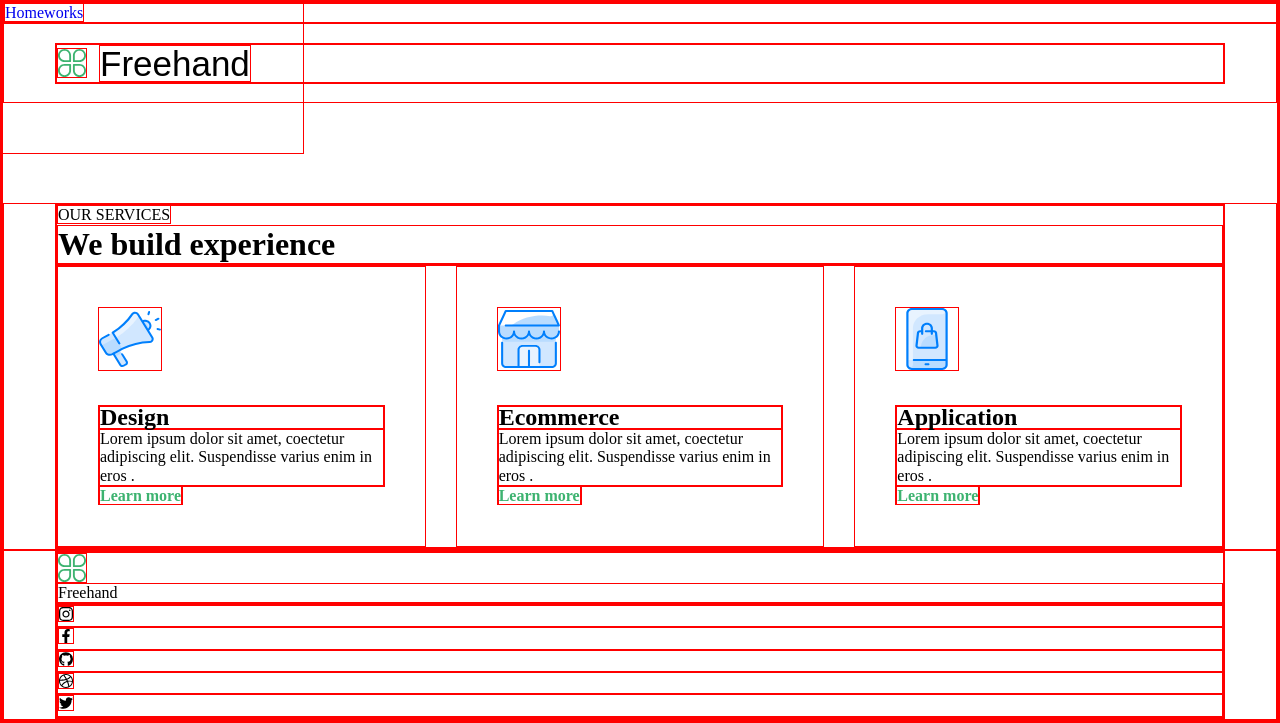
Repository: Tsiniavska/beetroot-test-project
Page: Homeworks/svg/index.html
The author's editor kept a copy of each file at every save. The page is drawn from the files as they stood at one save, then again after the next save.
The browser window is 1280 px wide. The pictures show the whole page.
Some web fonts or font styles are not loaded; a fallback is used.

Above is the page before, as saved 2024-02-28 22:28:14.

### Homeworks/svg/index.html
<!DOCTYPE html>
<html lang="en">
  <head>
    <meta charset="UTF-8" />
    <meta name="viewport" content="width=device-width, initial-scale=1.0" />
    <title>SVG</title>
    <!-- Fonts -->

    <link rel="preconnect" href="https://fonts.googleapis.com" />
    <link rel="preconnect" href="https://fonts.gstatic.com" crossorigin />
    <link
      href="https://fonts.googleapis.com/css2?family=Nunito+Sans:ital,opsz,wght@0,6..12,200..1000;1,6..12,200..1000&family=Roboto&display=swap"
      rel="stylesheet"
    />
    <link rel="preconnect" href="https://fonts.googleapis.com" />
    <link rel="preconnect" href="https://fonts.gstatic.com" crossorigin />
    <link
      href="https://fonts.googleapis.com/css2?family=Quicksand:wght@500&display=swap"
      rel="stylesheet"
    />

    <!-- Styles -->
    <link rel="stylesheet" href="../../styles/normalize.css" />
    <link rel="stylesheet" href="../../styles/main.css" />
    <link rel="stylesheet" href="./index.css" />
    <link rel="stylesheet" href="./variables.css" />
  </head>
  <body>
    <!-- Icons -->
    <svg
      aria-hidden="true"
      style="position: absolute; overflow: hidden"
      xmlns="http://www.w3.org/2000/svg"
      xmlns:xlink="http://www.w3.org/1999/xlink"
    >
      <defs>
        <symbol id="icon-logo" viewBox="0 0 32 32">
          <path
            d="M7.467 0c-4.124 0-7.467 3.343-7.467 7.467s3.343 7.467 7.467 7.467v0h6.4c0.589 0 1.067-0.478 1.067-1.067v0-6.4c0-4.124-3.343-7.467-7.467-7.467v0zM2.133 7.467c0-2.946 2.388-5.333 5.333-5.333s5.333 2.388 5.333 5.333v0 5.333h-5.333c-2.946 0-5.333-2.388-5.333-5.333v0zM7.467 32c-4.124 0-7.467-3.343-7.467-7.467s3.343-7.467 7.467-7.467v0h6.4c0.589 0 1.067 0.478 1.067 1.067v0 6.4c0 4.124-3.343 7.467-7.467 7.467v0zM2.133 24.533c0 2.945 2.388 5.333 5.333 5.333s5.333-2.388 5.333-5.333v0-5.333h-5.333c-2.946 0-5.333 2.388-5.333 5.333v0zM32 7.467c0-4.124-3.343-7.467-7.467-7.467s-7.467 3.343-7.467 7.467v0 6.4c0 0.589 0.478 1.067 1.067 1.067v0h6.4c4.124 0 7.467-3.343 7.467-7.467v0zM24.533 2.133c2.945 0 5.333 2.388 5.333 5.333s-2.388 5.333-5.333 5.333v0h-5.333v-5.333c0-2.946 2.388-5.333 5.333-5.333v0zM24.533 32c4.124 0 7.467-3.343 7.467-7.467s-3.343-7.467-7.467-7.467v0h-6.4c-0.589 0-1.067 0.478-1.067 1.067v0 6.4c0 4.124 3.343 7.467 7.467 7.467v0zM29.867 24.533c0 2.945-2.388 5.333-5.333 5.333s-5.333-2.388-5.333-5.333v0-5.333h5.333c2.945 0 5.333 2.388 5.333 5.333v0z"
          ></path>
        </symbol>
        <symbol id="icon-twitter" viewBox="0 0 32 32">
          <path
            d="M28.711 9.482c0.020 0.284 0.020 0.569 0.020 0.853 0 8.67-6.599 18.66-18.66 18.66-3.716 0-7.168-1.076-10.071-2.944 0.528 0.061 1.036 0.081 1.584 0.081 3.066 0 5.888-1.036 8.142-2.802-2.883-0.061-5.3-1.949-6.132-4.548 0.406 0.061 0.812 0.102 1.239 0.102 0.589 0 1.178-0.081 1.726-0.223-3.005-0.609-5.259-3.249-5.259-6.437v-0.081c0.873 0.487 1.888 0.792 2.964 0.832-1.766-1.178-2.924-3.188-2.924-5.462 0-1.218 0.325-2.335 0.893-3.31 3.228 3.98 8.081 6.579 13.523 6.863-0.101-0.487-0.162-0.995-0.162-1.502 0-3.614 2.924-6.558 6.558-6.558 1.888 0 3.594 0.792 4.792 2.071 1.482-0.284 2.904-0.833 4.163-1.584-0.487 1.523-1.523 2.802-2.883 3.614 1.32-0.142 2.599-0.508 3.777-1.015-0.893 1.299-2.010 2.457-3.289 3.391z"
          ></path>
        </symbol>
        <symbol id="icon-facebook" viewBox="0 0 32 32">
          <path
            d="M23.446 18l0.889-5.791h-5.557v-3.758c0-1.584 0.776-3.129 3.265-3.129h2.526v-4.931c0 0-2.293-0.391-4.484-0.391-4.576 0-7.567 2.774-7.567 7.795v4.414h-5.087v5.791h5.087v14h6.261v-14h4.668z"
          ></path>
        </symbol>
        <symbol id="icon-instagram" viewBox="0 0 32 32">
          <path
            d="M16.004 7.797c-4.54 0-8.203 3.662-8.203 8.203s3.662 8.203 8.203 8.203 8.203-3.662 8.203-8.203c0-4.54-3.662-8.203-8.203-8.203zM16.004 21.333c-2.934 0-5.333-2.392-5.333-5.333s2.392-5.333 5.333-5.333 5.333 2.392 5.333 5.333c0 2.941-2.399 5.333-5.333 5.333zM26.455 7.462c0 1.064-0.857 1.913-1.913 1.913-1.064 0-1.913-0.857-1.913-1.913s0.857-1.913 1.913-1.913c1.057 0 1.913 0.857 1.913 1.913zM31.887 9.404c-0.121-2.563-0.707-4.833-2.584-6.703-1.87-1.87-4.14-2.456-6.703-2.584-2.641-0.15-10.558-0.15-13.2 0-2.556 0.121-4.826 0.707-6.703 2.577s-2.456 4.141-2.584 6.703c-0.15 2.641-0.15 10.558 0 13.2 0.121 2.563 0.707 4.833 2.584 6.703s4.141 2.456 6.703 2.584c2.641 0.15 10.558 0.15 13.2 0 2.563-0.121 4.833-0.707 6.703-2.584 1.87-1.87 2.456-4.141 2.584-6.703 0.15-2.641 0.15-10.551 0-13.193zM28.475 25.431c-0.557 1.399-1.635 2.477-3.041 3.041-2.106 0.835-7.103 0.642-9.43 0.642s-7.332 0.186-9.43-0.642c-1.399-0.557-2.477-1.635-3.041-3.041-0.835-2.106-0.643-7.103-0.643-9.431s-0.186-7.332 0.643-9.43c0.557-1.399 1.635-2.477 3.041-3.041 2.106-0.835 7.103-0.643 9.43-0.643s7.332-0.186 9.43 0.643c1.399 0.557 2.477 1.635 3.041 3.041 0.835 2.106 0.643 7.103 0.643 9.43s0.193 7.332-0.643 9.431z"
          ></path>
        </symbol>
        <symbol id="icon-github" viewBox="0 0 32 32">
          <path
            d="M10.703 25.522c0 0.129-0.148 0.232-0.335 0.232-0.213 0.019-0.361-0.084-0.361-0.232 0-0.129 0.148-0.232 0.335-0.232 0.194-0.019 0.361 0.084 0.361 0.232zM8.697 25.232c-0.045 0.129 0.084 0.277 0.277 0.316 0.168 0.065 0.361 0 0.4-0.129s-0.084-0.277-0.277-0.336c-0.168-0.045-0.355 0.019-0.4 0.148zM11.548 25.122c-0.187 0.045-0.316 0.168-0.297 0.316 0.019 0.129 0.187 0.213 0.381 0.168 0.187-0.045 0.316-0.168 0.297-0.297-0.019-0.123-0.194-0.206-0.381-0.187zM15.794 0.4c-8.948 0-15.794 6.794-15.794 15.742 0 7.155 4.503 13.277 10.935 15.432 0.826 0.148 1.116-0.361 1.116-0.781 0-0.4-0.019-2.607-0.019-3.961 0 0-4.516 0.968-5.465-1.923 0 0-0.736-1.877-1.794-2.361 0 0-1.477-1.013 0.103-0.993 0 0 1.606 0.129 2.49 1.664 1.413 2.49 3.781 1.774 4.703 1.348 0.148-1.032 0.568-1.748 1.032-2.174-3.606-0.4-7.245-0.923-7.245-7.129 0-1.774 0.49-2.665 1.523-3.8-0.168-0.419-0.716-2.148 0.168-4.381 1.348-0.419 4.452 1.742 4.452 1.742 1.29-0.361 2.677-0.548 4.052-0.548s2.761 0.187 4.052 0.548c0 0 3.103-2.168 4.452-1.742 0.884 2.239 0.336 3.961 0.168 4.381 1.032 1.142 1.664 2.032 1.664 3.8 0 6.226-3.8 6.723-7.406 7.129 0.594 0.51 1.097 1.477 1.097 2.993 0 2.174-0.019 4.865-0.019 5.394 0 0.419 0.297 0.929 1.116 0.781 6.452-2.142 10.826-8.264 10.826-15.419 0-8.948-7.258-15.742-16.206-15.742zM6.271 22.651c-0.084 0.064-0.064 0.213 0.045 0.335 0.103 0.103 0.252 0.148 0.335 0.065 0.084-0.065 0.064-0.213-0.045-0.336-0.103-0.103-0.252-0.148-0.335-0.064zM5.574 22.129c-0.045 0.084 0.019 0.187 0.148 0.252 0.103 0.064 0.232 0.045 0.277-0.045 0.045-0.084-0.019-0.187-0.148-0.252-0.129-0.039-0.232-0.019-0.277 0.045zM7.665 24.425c-0.103 0.084-0.064 0.277 0.084 0.4 0.148 0.148 0.336 0.168 0.419 0.065 0.084-0.084 0.045-0.277-0.084-0.4-0.142-0.148-0.335-0.168-0.419-0.065zM6.929 23.477c-0.103 0.064-0.103 0.232 0 0.381s0.277 0.213 0.361 0.148c0.103-0.084 0.103-0.252 0-0.4-0.090-0.148-0.258-0.213-0.361-0.129z"
          ></path>
        </symbol>
        <symbol id="icon-dribbble" viewBox="0 0 32 32">
          <path
            d="M16 0c-8.822 0-16 7.178-16 16s7.178 16 16 16c8.822 0 16-7.178 16-16s-7.178-16-16-16zM26.579 7.378c1.903 2.326 3.056 5.288 3.086 8.513-0.451-0.095-4.969-1.012-9.516-0.44-0.371-0.906-0.721-1.703-1.201-2.685 5.053-2.063 7.343-4.999 7.631-5.389zM25.059 5.798c-0.246 0.35-2.303 3.115-7.163 4.937-2.239-4.115-4.722-7.495-5.099-8.001 4.334-1.045 8.901 0.082 12.262 3.064zM10.19 3.653c0.36 0.494 2.802 3.878 5.067 7.904-6.393 1.698-12.023 1.673-12.634 1.665 0.886-4.241 3.744-7.765 7.568-9.569zM2.334 16.021c0-0.14 0.003-0.279 0.007-0.418 0.598 0.012 7.221 0.098 14.046-1.945 0.391 0.766 0.765 1.543 1.108 2.319-4.942 1.392-9.432 5.389-11.647 9.181-2.183-2.423-3.513-5.628-3.513-9.138zM7.611 26.802c1.428-2.918 5.302-6.685 10.811-8.565 1.919 4.986 2.712 9.165 2.915 10.364-4.394 1.872-9.678 1.358-13.727-1.799zM23.636 27.35c-0.14-0.831-0.867-4.832-2.655-9.744 4.283-0.685 8.045 0.437 8.513 0.584-0.609 3.803-2.792 7.087-5.858 9.16z"
          ></path>
        </symbol>
        <symbol id="icon-phone" viewBox="0 0 32 32">
          <path
            class="icon-change-color"
            fill="#d1e7ff"
            style="fill: var(--color1, #d1e7ff)"
            d="M23.839 0.533c1.259 0 2.28 0.955 2.28 2.133v26.667c0 1.178-1.021 2.133-2.28 2.133h-15.678c-1.259 0-2.28-0.955-2.28-2.133v-26.667c0-1.178 1.021-2.133 2.28-2.133h15.678z"
          ></path>
          <path
            class="icon-change-color"
            fill="#b9dcff"
            style="fill: var(--color2, #b9dcff)"
            d="M19.586 11.981c0.546 0 1.003 0.385 1.063 0.892l0.762 6.552c0.069 0.591-0.426 1.108-1.063 1.108h-8.697c-0.636 0-1.132-0.517-1.063-1.108l0.762-6.552c0.059-0.507 0.517-0.892 1.063-0.892h7.172z"
          ></path>
          <path
            class="icon-change-color"
            fill="#e8f3ff"
            style="fill: var(--color3, #e8f3ff)"
            d="M23.947 0.536c1.834 0.080 1.737 2.664-0.099 2.664h-7.42c-4.251 0-7.696 3.224-7.696 7.2v21.067h-0.57c-1.259 0-2.28-0.955-2.28-2.133v-26.667c0-1.178 1.021-2.133 2.28-2.133 0.103 0 15.702-0.001 15.786 0.002z"
          ></path>
          <path
            class="icon-change-color"
            fill="#b9dcff"
            style="fill: var(--color2, #b9dcff)"
            d="M26.119 26.8v2.533c0 1.178-1.021 2.133-2.28 2.133h-15.678c-1.259 0-2.28-0.955-2.28-2.133v-2.533h20.238z"
          ></path>
          <path
            class="icon-change-color"
            fill="#d1e7ff"
            style="fill: var(--color1, #d1e7ff)"
            d="M8.731 26.8v2.541c0 1.737-2.85 1.826-2.85-0.008v-2.533h2.85z"
          ></path>
          <path
            class="icon-change-color"
            fill="#d1e7ff"
            style="fill: var(--color1, #d1e7ff)"
            d="M19.586 13.981c-3.453 0-6.276 2.432-6.64 5.565-0.065 0.562-0.572 0.987-1.176 0.987h-0.118c-0.636 0-1.132-0.517-1.063-1.108l0.762-6.552c0.059-0.507 0.517-0.892 1.063-0.892h7.172c0.545 0 1.003 0.384 1.063 0.892 0.069 0.593-0.427 1.108-1.062 1.108z"
          ></path>
          <path
            class="icon-change-color"
            fill="#007ffc"
            style="fill: var(--color4, #007ffc)"
            d="M23.839 0h-15.678c-1.572 0-2.85 1.196-2.85 2.667v26.667c0 1.47 1.279 2.667 2.85 2.667h15.678c1.572 0 2.851-1.196 2.851-2.667v-26.667c0-1.47-1.279-2.667-2.851-2.667zM23.839 30.933h-15.678c-0.943 0-1.71-0.718-1.71-1.6v-26.667c0-0.882 0.767-1.6 1.71-1.6h15.678c0.943 0 1.71 0.718 1.71 1.6v23.6h-16.319c-0.315 0-0.57 0.239-0.57 0.533s0.255 0.533 0.57 0.533h16.319v2c0 0.882-0.767 1.6-1.71 1.6zM17.283 29c0 0.295-0.255 0.533-0.57 0.533h-1.425c-0.315 0-0.57-0.239-0.57-0.533s0.255-0.533 0.57-0.533h1.425c0.315 0 0.57 0.239 0.57 0.533zM11.652 21.067h8.697c0.975 0 1.735-0.793 1.629-1.699l-0.762-6.552c-0.091-0.779-0.791-1.367-1.629-1.367h-0.528v-0.987c-0-1.578-1.372-2.861-3.058-2.861s-3.058 1.283-3.058 2.861v0.987h-0.528c-0.838 0-1.539 0.588-1.629 1.367l-0.762 6.552c-0.106 0.907 0.655 1.699 1.629 1.699zM11.156 19.483l0.762-6.552c0.028-0.237 0.241-0.416 0.496-0.416h0.528v0.832c0 0.295 0.255 0.533 0.57 0.533s0.57-0.239 0.57-0.533v-2.886c0-0.989 0.86-1.794 1.918-1.794s1.918 0.805 1.918 1.794v0.987h-2.466c-0.315 0-0.57 0.239-0.57 0.533s0.255 0.533 0.57 0.533h2.466v0.832c0 0.295 0.255 0.533 0.57 0.533s0.57-0.239 0.57-0.533v-0.832h0.528c0.255 0 0.468 0.179 0.496 0.416l0.762 6.552c0.032 0.276-0.198 0.517-0.496 0.517h-8.697c-0.297 0-0.528-0.24-0.496-0.517z"
          ></path>
        </symbol>
        <symbol id="icon-megaphone" viewBox="0 0 32 32">
          <path
            fill="#d1e7ff"
            style="fill: var(--color1, #d1e7ff)"
            d="M27.482 15.2c0.639 1.036-0.127 2.337-1.405 2.383-4.667 0.171-9.425 1.261-13.911 3.408l-1.483 0.801c0 0.006-0.020-0.033 3.591 5.843 0.331 0.538 0.135 1.224-0.439 1.535l-1.17 0.632c-0.574 0.31-1.309 0.126-1.64-0.412l-3.602-5.836-0.585 0.316c-1.149 0.62-2.617 0.252-3.281-0.823l-2.701-4.377c-0.663-1.075-0.269-2.449 0.879-3.069l5.329-2.878c4.072-2.464 7.523-5.728 10.11-9.566 0.682-1.012 2.269-0.983 2.909 0.053l2.311 3.746c1.328-0.717 3.027-0.291 3.793 0.951s0.311 2.831-1.017 3.548l2.312 3.746z"
          ></path>
          <path
            fill="#d1e7ff"
            style="fill: var(--color1, #d1e7ff)"
            d="M26.186 7.906c0.767 1.242 0.311 2.831-1.017 3.548l-2.777-4.499c1.328-0.717 3.027-0.291 3.793 0.951z"
          ></path>
          <path
            fill="#e8f3ff"
            style="fill: var(--color3, #e8f3ff)"
            d="M20.082 3.209c0.319 0.517 0.299 1.159-0.054 1.657-2.848 4.014-6.664 7.641-11.332 10.466l-6.243 3.372c-0.429 0.232-0.768 0.553-1.005 0.924l-0.592-0.959c-0.663-1.075-0.269-2.449 0.879-3.069l5.329-2.878c4.072-2.464 7.523-5.728 10.11-9.566 0.682-1.012 2.269-0.983 2.909 0.053z"
          ></path>
          <path
            fill="#b9dcff"
            style="fill: var(--color2, #b9dcff)"
            d="M7.063 12.723l5.103 8.269c-1.023 0.552-4.308 2.326-5.329 2.878-1.149 0.62-2.617 0.252-3.281-0.823l-2.701-4.377c-0.663-1.075-0.269-2.449 0.879-3.069l5.329-2.878z"
          ></path>
          <path
            fill="#d1e7ff"
            style="fill: var(--color1, #d1e7ff)"
            d="M8.679 15.341c-6.781 3.662-6.331 3.407-6.55 3.566-0.412 0.3-1.013 0.185-1.274-0.238-0.663-1.075-0.269-2.449 0.879-3.069l5.329-2.878 1.616 2.619z"
          ></path>
          <path
            fill="#b9dcff"
            style="fill: var(--color2, #b9dcff)"
            d="M11.653 23.373c-1.897 1.028-0.501 0.271-3.257 1.759l-0.975-1.578 3.261-1.761 0.971 1.58z"
          ></path>
          <path
            fill="#b9dcff"
            style="fill: var(--color2, #b9dcff)"
            d="M26.020 10.741c-0.22 0.283-0.506 0.528-0.851 0.713l-2.777-4.499c0.345-0.186 0.715-0.295 1.086-0.332 0.14 0.226 2.419 3.921 2.541 4.118z"
          ></path>
          <path
            fill="#007ffc"
            style="fill: var(--color4, #007ffc)"
            d="M25.877 11.602c2.081-1.591 1.362-4.736-1.238-5.388-0.68-0.17-1.383-0.135-2.028 0.095l-2.067-3.349c-0.841-1.363-2.927-1.399-3.822-0.070-2.542 3.772-5.928 6.98-9.949 9.414-0.229 0.138-0.314 0.424-0.178 0.657 0.022 0.037 3.445 5.583 3.468 5.62 0.147 0.239 0.473 0.32 0.729 0.183s0.342-0.443 0.195-0.682l-3.21-5.202c3.834-2.397 7.229-5.571 9.848-9.458 0.468-0.695 1.557-0.674 1.996 0.037l7.4 11.991c0.439 0.711-0.087 1.604-0.964 1.636-4.917 0.179-9.732 1.356-14.133 3.462-0.019 0.009-5.009 2.705-5.353 2.89-0.892 0.482-2.037 0.195-2.552-0.64l-2.701-4.378c-0.515-0.834-0.208-1.905 0.684-2.387l3.251-1.756c0.255-0.138 0.342-0.443 0.195-0.682s-0.474-0.32-0.729-0.183l-3.251 1.756c-1.401 0.757-1.883 2.439-1.074 3.75l2.702 4.377c0.809 1.311 2.608 1.762 4.009 1.005l0.123-0.066 3.335 5.404c0.479 0.776 1.538 1.042 2.369 0.594l1.17-0.632c0.83-0.448 1.114-1.439 0.635-2.216l-2.364-3.83c-0.147-0.239-0.474-0.32-0.729-0.183s-0.342 0.443-0.195 0.682l2.364 3.83c0.184 0.299 0.075 0.68-0.244 0.853l-1.17 0.632c-0.319 0.172-0.727 0.070-0.912-0.229l-3.335-5.404 4.27-2.307c4.179-1.997 8.828-3.171 13.677-3.347 1.681-0.061 2.686-1.771 1.846-3.132l-2.067-3.349zM25.724 8.155c0.527 0.853 0.337 1.912-0.391 2.565l-2.179-3.531c0.955-0.262 2.035 0.099 2.57 0.966zM30.941 5.937l-1.38 0.745c-0.255 0.138-0.581 0.056-0.729-0.183s-0.060-0.544 0.195-0.682l1.38-0.745c0.255-0.138 0.581-0.056 0.729 0.183s0.060 0.544-0.195 0.682zM25.006 3.093l0.337-1.175c0.076-0.266 0.369-0.424 0.653-0.353s0.453 0.345 0.377 0.611l-0.337 1.175c-0.076 0.265-0.368 0.424-0.653 0.353-0.284-0.071-0.453-0.345-0.377-0.611zM31.982 11.265c-0.064 0.223-0.279 0.37-0.515 0.37-0.096 0-0.029 0.010-1.394-0.332-0.285-0.071-0.453-0.345-0.377-0.611s0.369-0.424 0.653-0.353l1.256 0.315c0.284 0.071 0.453 0.345 0.377 0.611z"
          ></path>
        </symbol>
        <symbol id="icon-building" viewBox="0 0 32 32">
          <path
            fill="#d1e7ff"
            style="fill: var(--color1, #d1e7ff)"
            d="M29.862 12.11v16.36c0 1.102-0.955 1.995-2.133 1.995h-23.461c-1.178 0-2.133-0.893-2.133-1.995 0-15.466-0.001-12.569 0.005-16.36h27.722z"
          ></path>
          <path
            fill="#b9dcff"
            style="fill: var(--color2, #b9dcff)"
            d="M29.862 12.11v3.779c0 0.818-0.701 1.495-1.575 1.498-0.010 0-24.561 0-24.578 0-0.874-0.004-1.574-0.681-1.574-1.498 0-1.091-0.001-0.338 0.005-3.779h27.722z"
          ></path>
          <path
            fill="#e8f3ff"
            style="fill: var(--color3, #e8f3ff)"
            d="M21.397 21.549v8.916h-10.798v-8.916c0-1.102 0.955-1.995 2.133-1.995h6.532c1.178 0 2.133 0.893 2.133 1.995z"
          ></path>
          <path
            fill="#b9dcff"
            style="fill: var(--color2, #b9dcff)"
            d="M31.462 12.11c0 1.996-1.73 3.617-3.866 3.617s-3.866-1.619-3.866-3.617c0 1.997-1.731 3.617-3.866 3.617s-3.866-1.619-3.866-3.617c0 1.997-1.731 3.617-3.866 3.617s-3.866-1.619-3.866-3.617c-0.003 1.984-1.749 3.617-3.866 3.617-2.114 0-3.862-1.63-3.866-3.617 0-3.143-0.009-2.95 0.023-3.094 0.032-0.142-0.19 0.36 3.164-6.881 0.169-0.365 0.554-0.601 0.978-0.601h22.595c0.424 0 0.809 0.236 0.978 0.601 3.356 7.246 3.132 6.74 3.164 6.881 0.032 0.144 0.023-0.053 0.023 3.094z"
          ></path>
          <path
            fill="#b9dcff"
            style="fill: var(--color2, #b9dcff)"
            d="M31.462 12.11c0 1.996-1.73 3.616-3.866 3.616s-3.866-1.619-3.866-3.616c0 1.997-1.731 3.616-3.866 3.616s-3.866-1.619-3.866-3.616c0 1.997-1.731 3.616-3.866 3.616s-3.866-1.619-3.866-3.616c-0.003 1.984-1.749 3.616-3.866 3.616-2.114 0-3.862-1.63-3.866-3.616-0.005-3.16-0.004-2.971 0.023-3.094h30.88c0.032 0.144 0.023-0.053 0.023 3.094z"
          ></path>
          <path
            fill="#fff"
            style="fill: var(--color5, #fff)"
            d="M27.008 4.2c-6.77-0.872-13.603 0.246-19.129 4.142-0.622 0.439-1.38 0.675-2.159 0.675h-5.16c0.032-0.142-0.19 0.36 3.164-6.881 0.169-0.365 0.554-0.601 0.978-0.601h22.595c0.425 0 0.809 0.236 0.978 0.601l0.149 0.321c0.416 0.899-0.378 1.878-1.415 1.744z"
          ></path>
          <path
            fill="#007ffc"
            style="fill: var(--color4, #007ffc)"
            d="M30.395 17.933v10.538c0 1.375-1.196 2.494-2.666 2.494h-23.461c-1.47 0-2.666-1.119-2.666-2.494v-10.538c0-0.275 0.239-0.499 0.533-0.499s0.533 0.223 0.533 0.499v10.538c0 0.825 0.718 1.497 1.6 1.497h5.799v-8.418c0-1.375 1.196-2.494 2.666-2.494h6.532c1.47 0 2.666 1.119 2.666 2.494v6.422c0 0.275-0.239 0.499-0.533 0.499s-0.533-0.223-0.533-0.499v-6.422c0-0.825-0.718-1.497-1.6-1.497h-6.532c-0.882 0-1.6 0.671-1.6 1.497v8.418h4.332v-7.857c0-0.275 0.239-0.499 0.533-0.499s0.533 0.223 0.533 0.499v7.857h11.197c0.882 0 1.6-0.671 1.6-1.497v-10.538c0-0.275 0.239-0.499 0.533-0.499s0.533 0.223 0.533 0.499zM3.468 9.016c0 0.275 0.239 0.499 0.533 0.499 29.011 0 27.573 0.049 27.785-0.104 0.111-0.080 0.183-0.195 0.203-0.326 0.030-0.2 0.221 0.293-3.504-7.75-0.085-0.182-0.277-0.3-0.489-0.3h-23.994c-0.212 0-0.405 0.118-0.489 0.3l-3.466 7.482c-0.061 0.132-0.044-0.078-0.044 3.293 0.004 2.269 1.977 4.115 4.399 4.115 1.665 0 3.118-0.872 3.865-2.155 1.668 2.868 6.062 2.871 7.733 0.002 1.67 2.867 6.061 2.867 7.732 0 0.746 1.281 2.199 2.153 3.866 2.153 2.426 0 4.399-1.846 4.399-4.115 0-0.275-0.239-0.499-0.533-0.499s-0.533 0.223-0.533 0.499c0 1.719-1.495 3.118-3.333 3.118s-3.332-1.399-3.332-3.118c0-0.275-0.239-0.499-0.533-0.499s-0.533 0.223-0.533 0.499c0 1.719-1.495 3.118-3.333 3.118s-3.333-1.399-3.333-3.118c0-0.275-0.239-0.499-0.533-0.499s-0.533 0.223-0.533 0.499c0 1.719-1.495 3.118-3.333 3.118-1.797 0-3.332-1.351-3.332-3.143 0-0.275-0.239-0.499-0.533-0.499s-0.533 0.223-0.533 0.499c0 1.777-1.526 3.143-3.333 3.143-1.835 0-3.33-1.399-3.333-3.118v-2.99l3.283-7.087h23.294l3.004 6.485h-26.648c-0.295 0-0.533 0.223-0.533 0.499z"
          ></path>
        </symbol>
      </defs>
    </svg>

    <div class="app">
      <!-- link homeworks -->
      <div>
        <a href="../../index.html">Homeworks</a>
      </div>

      <!-- Header -->
      <header class="header">
        <div class="wrapper">
          <div class="header-wrapper">
            <svg class="icon icon-logo">
              <use xlink:href="#icon-logo"></use>
            </svg>
            <div class="header-title">Freehand</div>
          </div>
        </div>
      </header>

      <!-- Main-->
      <main class="content">
        <div class="wrapper">
          <div class="content-topic">
            <span>OUR SERVICES</span>
            <h1 class="content-title">We build experience</h1>
          </div>

          <!-- content colums -->
          <div class="content-blocks">
            <div class="content-blocks-item">
              <svg class="icon icon-megaphone icon-content">
                <use xlink:href="#icon-megaphone"></use>
              </svg>
              <div class="content-blocks-item-text">
                <h3 class="content-blocks-item-title">Design</h3>
                <p>
                  Lorem ipsum dolor sit amet, coectetur adipiscing elit.
                  Suspendisse varius enim in eros .
                </p>
              </div>

              <a class="content-blocks-link" href="#"><b>Learn more</b></a>
            </div>
            <div class="content-blocks-item">
              <svg class="icon icon-building icon-content">
                <use xlink:href="#icon-building"></use>
              </svg>
              <div class="content-blocks-item-text">
                <h3 class="content-blocks-item-title">Ecommerce</h3>
                <p>
                  Lorem ipsum dolor sit amet, coectetur adipiscing elit.
                  Suspendisse varius enim in eros .
                </p>
              </div>

              <a class="content-blocks-link" href="#"><b>Learn more</b></a>
            </div>

            <div class="content-blocks-item">
              <svg class="icon icon-phone icon-content">
                <use xlink:href="#icon-phone"></use>
              </svg>
              <div class="content-blocks-item-text">
                <h3 class="content-blocks-item-title">Application</h3>
                <p>
                  Lorem ipsum dolor sit amet, coectetur adipiscing elit.
                  Suspendisse varius enim in eros .
                </p>
              </div>

              <a class="content-blocks-link" href="#"><b>Learn more</b></a>
            </div>
          </div>
        </div>
      </main>

      <!-- Footer -->
      <footer class="footer">
        <div class="wrapper footer-content">
          <div class="footer-logo">
            <svg class="icon icon-logo">
              <use xlink:href="#icon-logo"></use>
            </svg>
            <div class="footer-title">Freehand</div>
          </div>
          <div class="footer-icon-block">
            <div class="footer-icon-block-item">
              <svg class="icon icon-instagram icon-footer-size">
                <use xlink:href="#icon-instagram"></use>
              </svg>
            </div>
            <div class="footer-icon-block-item">
              <svg class="icon icon-facebook icon-footer-size">
                <use xlink:href="#icon-facebook"></use>
              </svg>
            </div>
            <div class="footer-icon-block-item">
              <svg class="icon icon-github icon-footer-size">
                <use xlink:href="#icon-github"></use>
              </svg>
            </div>
            <div class="footer-icon-block-item">
              <svg class="icon icon-dribbble icon-footer-size">
                <use xlink:href="#icon-dribbble"></use>
              </svg>
            </div>
            <div class="footer-icon-block-item">
              <svg class="icon icon-twitter icon-footer-size">
                <use xlink:href="#icon-twitter"></use>
              </svg>
            </div>
          </div>
        </div>
      </footer>
    </div>
  </body>
</html>

### Homeworks/svg/index.css
.wrapper {
  max-width: 1170px;
  width: 100%;
  margin: 0 auto;
}

/* Header */

.header {
  min-height: var(--h-header);
  width: 100%;
  display: flex;
  align-items: center;
}

.header-wrapper {
  display: flex;
  align-items: center;
  gap: 12px;
}

.icon-logo {
  width: 30px;
  height: 30px;
  color: var(--c-green);
  display: flex;
}

.header-title {
  font-family: var(--f-logo);
  font-size: 2.188em;
  line-height: 35px;
}

/* Content blocks */

.content {
  margin-top: 100px;
}

.content-blocks {
  display: flex;
  align-items: center;
  gap: 30px;
}

.content-blocks-item {
  padding: 40px;
}

.icon-content {
  width: 64px;
  height: 64px;
}

.content-blocks-item-text {
  font-family: var(--f-text: "Roboto", sans-serif);
  margin-top: 30px;
}

.content-blocks-item-title {
  font-size: 1.5em;
  line-height: 21px;
}

.content-blocks-link {
  color: var(--c-green);
  /* margin-top: 30px; */
}

### Homeworks/svg/variables.css
:root {
  /* Color */
  --c-green: #3db370;
  --c-dark-blue: #16133d;
  --c-silver: #e5eaf4;
  --c-silver-2: #efeef3;
  --c-white: #ffffff;
  /* Fonts */
  --f-h1: "Nunito Sans", sans-serif;
  --f-text: "Roboto", sans-serif;
  --f-logo: "Quicksand", sans-serif;
  /* Height */
  --h-header: 80px;
  --h-footer: 210px;
}

Loaded but not shown: styles/normalize.css (library); styles/main.css (45 lines, source omitted)

After the next save:
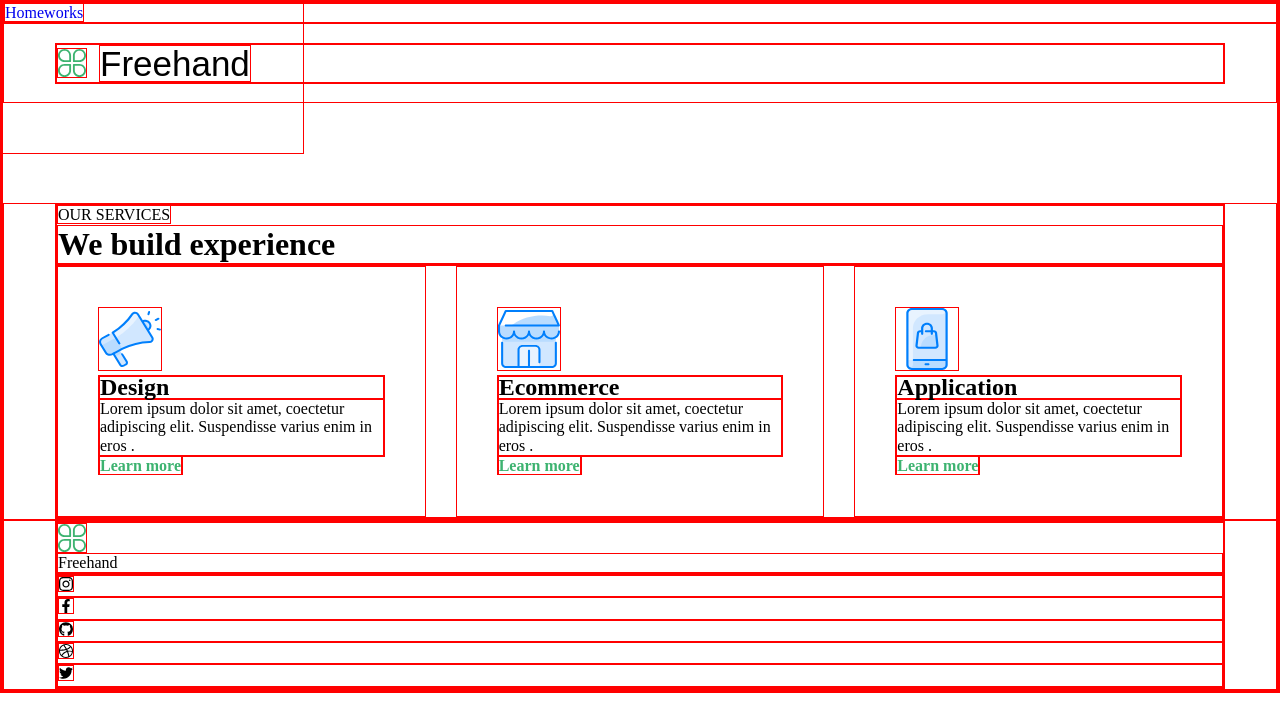
Saved 2 min 52 s later.
--- a/Homeworks/svg/index.css
+++ b/Homeworks/svg/index.css
@@ -55,7 +55,7 @@
 
 .content-blocks-item-text {
   font-family: var(--f-text: "Roboto", sans-serif);
-  margin-top: 30px;
+  /* margin-top: 30px; */
 }
 
 .content-blocks-item-title {
